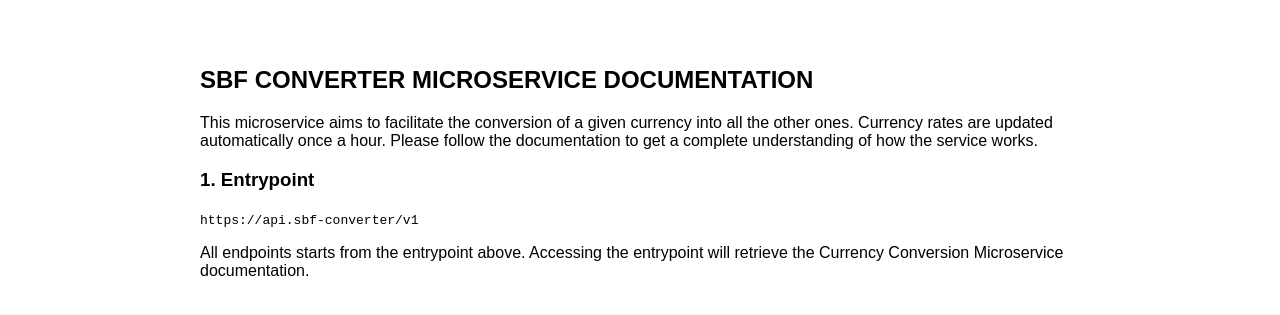
Repository: miguelamello/nestjs-restful-api
Page: documentation.html
The author's editor kept a copy of each file at every save. The page is drawn from the files as they stood at one save, then again after the next save.
The browser window is 1280 px wide. The pictures show the whole page.

Above is the page before, as saved 2023-03-21 22:09:12.

### documentation.html
<!DOCTYPE html>
<html lang="en">
<head>
  <meta charset="UTF-8">
  <meta http-equiv="X-UA-Compatible" content="IE=edge">
  <meta name="viewport" content="width=device-width, initial-scale=1.0">
  <title>SBF Converter Documentation</title>
  <style>
    body {
      font-family: Arial, Helvetica, sans-serif;
      padding: 3% 15%;
    }
  </style>
</head>
<body>
  <h2>SBF CONVERTER MICROSERVICE DOCUMENTATION</h2>
  <p>
    This microservice aims to facilitate the conversion of a given currency
    into all the other ones. Currency rates are updated automatically once a hour.
    Please follow the documentation to get a complete understanding of how the service works.
  </p>

  <h3>1. Entrypoint</h3>
  <code>https://api.sbf-converter/v1</code>
  <p>
    All endpoints starts from the entrypoint above. Accessing the entrypoint
    will retrieve the Currency Conversion Microservice documentation.</p>

</body>
</html>

After the next save:
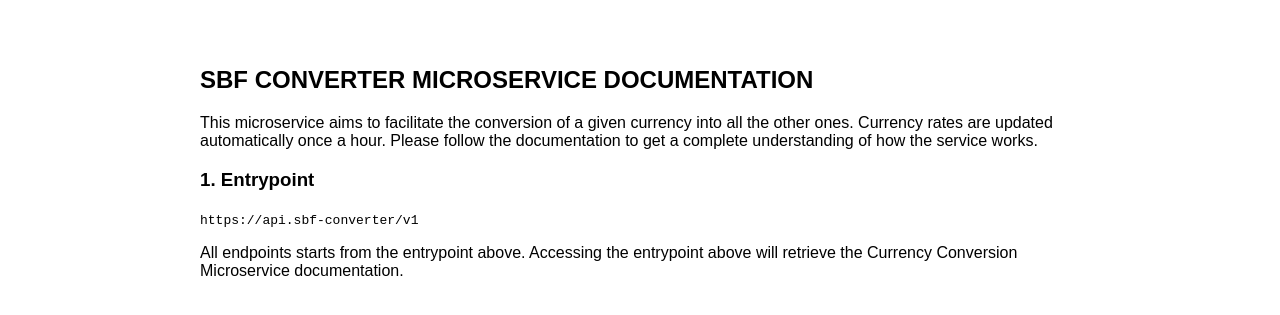
Saved 9 s later.
--- a/documentation.html
+++ b/documentation.html
@@ -24,7 +24,7 @@
   <code>https://api.sbf-converter/v1</code>
   <p>
     All endpoints starts from the entrypoint above. Accessing the entrypoint
-    will retrieve the Currency Conversion Microservice documentation.</p>
+    above will retrieve the Currency Conversion Microservice documentation.</p>
 
 </body>
 </html>
